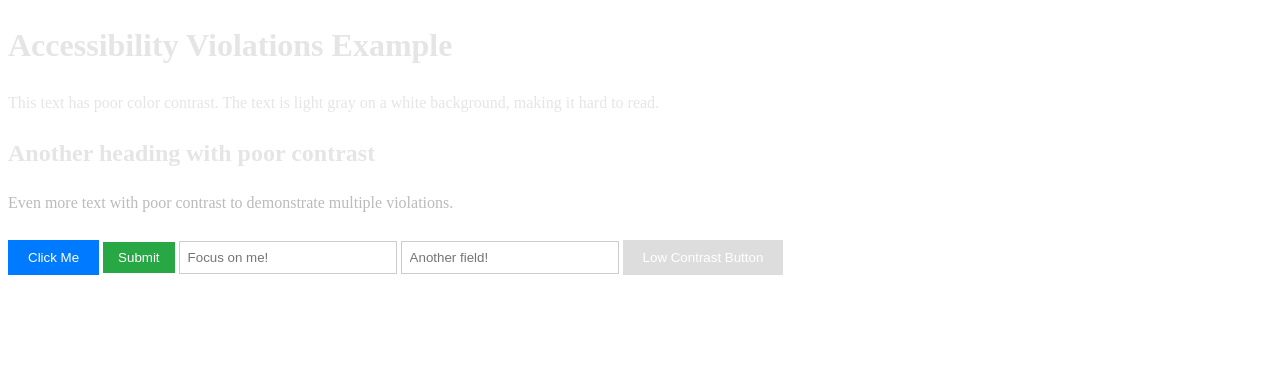
Repository: SumanReddy18/wcag_helper
Page: index_focus.html
The author's editor kept a copy of each file at every save. The page is drawn from the files as they stood at one save, then again after the next save.
The browser window is 1280 px wide. The pictures show the whole page.

Above is the page before, as saved 2024-10-04 06:32:56.

### index_focus.html
<!DOCTYPE html>
<html lang="en">

<head>
    <meta charset="UTF-8">
    <meta name="viewport" content="width=device-width, initial-scale=1.0">
    <title>Accessibility Type C Violations </title>
    <style>
        body {
            background-color: #ffffff;
            /* Background color */
            color: #cccccc;
            /* Text color with low contrast */
            font-size: 16px;
            line-height: 1.5;
        }

        h1,
        h2,
        p {
            color: #e5e5e5;
            /* Low contrast text for multiple elements */
        }

        .focusable {
            outline: none;
            /* Focus not visible */
            padding: 10px 20px;
            background-color: #007BFF;
            /* Button background */
            color: white;
            border: none;
            cursor: pointer;
        }

        .focusable-alt {
            outline: none;
            /* Focus not visible */
            padding: 8px 15px;
            background-color: #28A745;
            /* Button background */
            color: white;
            border: none;
            cursor: pointer;
        }

        .hidden-focus,
        .hidden-focus-alt {
            position: absolute;
            left: -9999px;
            /* Multiple hidden links */
        }

        .input-field,
        .input-field-alt {
            border: 1px solid #ccc;
            padding: 8px;
            width: 200px;
            margin: 10px 0;
        }

        .hidden,
        .hidden-alt {
            display: none;
            /* Multiple hidden elements */
        }

        .low-contrast-btn {
            background-color: #dddddd;
            color: #ffffff;
            padding: 10px 20px;
            border: none;
        }
    </style>
</head>

<body>
    <h1>Accessibility Violations Example</h1>

    <p>This text has poor color contrast. The text is light gray on a white background, making it hard to read.</p>

    <h2>Another heading with poor contrast</h2>

    <p style="color: #bbb;">Even more text with poor contrast to demonstrate multiple violations.</p>

    <!-- Buttons with focus issues -->
    <button class="focusable">Click Me</button>
    <button class="focusable-alt">Submit</button>

    <!-- Hidden links -->
    <a href="#" class="hidden-focus">This link is hidden</a>
    <a href="#" class="hidden-focus-alt">Another hidden link</a>

    <!-- Input fields -->
    <input type="text" class="input-field" placeholder="Focus on me!" />
    <input type="text" class="input-field-alt" placeholder="Another field!" />

    <!-- Low contrast button -->
    <button class="low-contrast-btn">Low Contrast Button</button>

    <!-- Hidden elements -->
    <div class="hidden">
        This is some hidden content that should not be focusable or visible.
    </div>

    <div class="hidden-alt">
        Another hidden content that should be inaccessible.
    </div>

    <script>
        // Simulating focus issues
        const inputField = document.querySelector('.input-field');
        const inputFieldAlt = document.querySelector('.input-field-alt');

        inputField.addEventListener('focus', function () {
            this.style.backgroundColor = 'yellow'; // Change background on focus
            console.log('Input field is focused');
        });

        inputFieldAlt.addEventListener('focus', function () {
            this.style.backgroundColor = 'lightblue'; // Another background change on focus
            console.log('Alternate input field is focused');
        });
    </script>
</body>

</html>

After the next save:
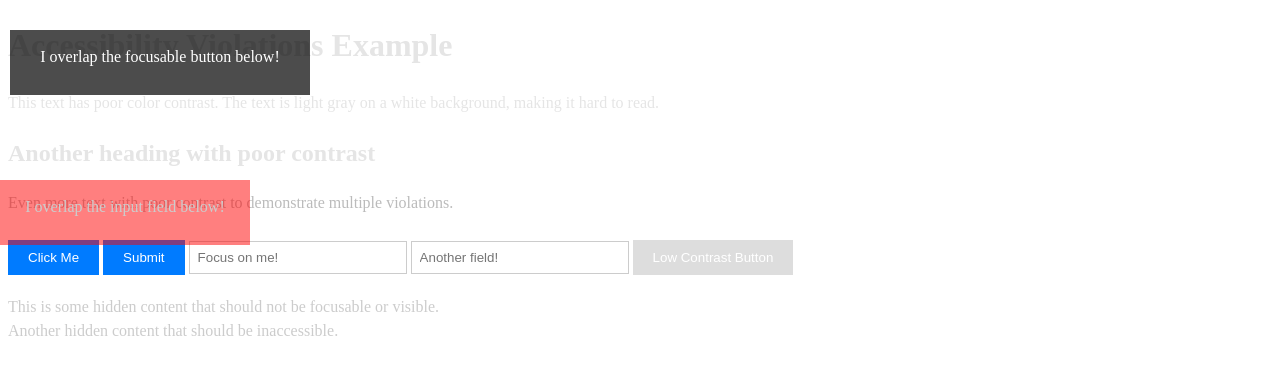
Saved 3 min 30 s later.
--- a/index_focus.html
+++ b/index_focus.html
@@ -4,7 +4,7 @@
 <head>
     <meta charset="UTF-8">
     <meta name="viewport" content="width=device-width, initial-scale=1.0">
-    <title>Accessibility Type C Violations </title>
+    <title>Accessibility Violations Example</title>
     <style>
         body {
             background-color: #ffffff;
@@ -22,33 +22,23 @@
             /* Low contrast text for multiple elements */
         }
 
-        .focusable {
+        .focusable,
+        .focusable-alt {
             outline: none;
             /* Focus not visible */
             padding: 10px 20px;
             background-color: #007BFF;
-            /* Button background */
             color: white;
             border: none;
             cursor: pointer;
-        }
-
-        .focusable-alt {
-            outline: none;
-            /* Focus not visible */
-            padding: 8px 15px;
-            background-color: #28A745;
-            /* Button background */
-            color: white;
-            border: none;
-            cursor: pointer;
+            margin-bottom: 20px;
         }
 
         .hidden-focus,
         .hidden-focus-alt {
             position: absolute;
             left: -9999px;
-            /* Multiple hidden links */
+            /* Hidden links moved off-screen */
         }
 
         .input-field,
@@ -59,17 +49,38 @@
             margin: 10px 0;
         }
 
-        .hidden,
-        .hidden-alt {
-            display: none;
-            /* Multiple hidden elements */
-        }
-
         .low-contrast-btn {
             background-color: #dddddd;
             color: #ffffff;
             padding: 10px 20px;
             border: none;
+            margin-bottom: 20px;
+        }
+
+        /* Overlapping element that will obscure focus */
+        .overlap {
+            position: absolute;
+            top: 30px;
+            left: 10px;
+            width: 300px;
+            height: 50px;
+            background-color: rgba(0, 0, 0, 0.7);
+            color: white;
+            z-index: 10;
+            text-align: center;
+            padding-top: 15px;
+        }
+
+        .overlap-alt {
+            position: absolute;
+            top: 180px;
+            left: 0;
+            width: 250px;
+            height: 50px;
+            background-color: rgba(255, 0, 0, 0.5);
+            z-index: 10;
+            text-align: center;
+            padding-top: 15px;
         }
     </style>
 </head>
@@ -107,6 +118,15 @@
         Another hidden content that should be inaccessible.
     </div>
 
+    <!-- Obscuring elements that hide the focused input -->
+    <div class="overlap">
+        I overlap the focusable button below!
+    </div>
+
+    <div class="overlap-alt">
+        I overlap the input field below!
+    </div>
+
     <script>
         // Simulating focus issues
         const inputField = document.querySelector('.input-field');
